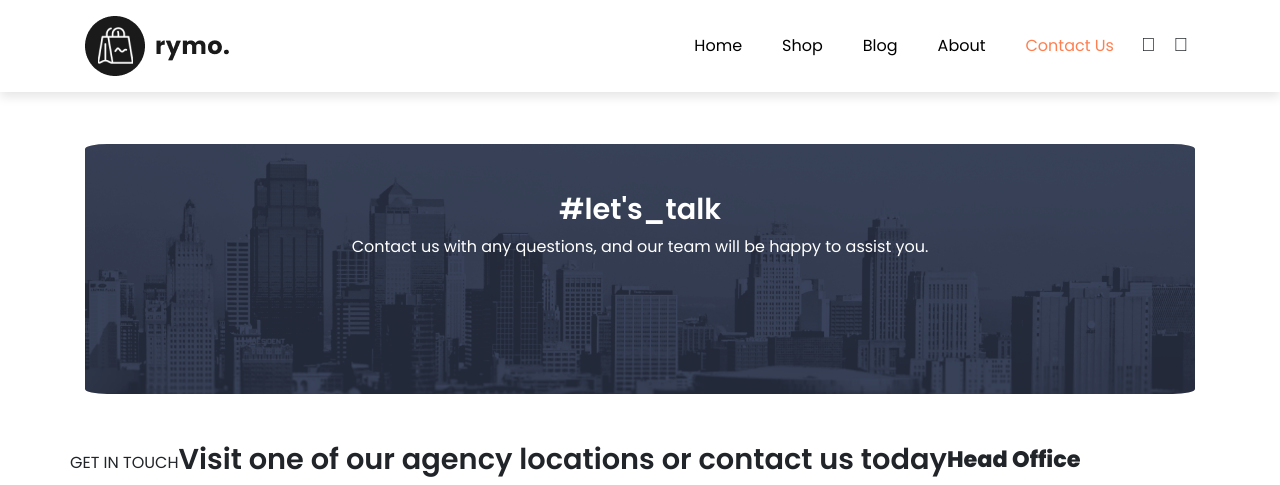
Repository: peter417waweru/e-commerce-UI
Page: contact.html
An editor plug-in stored every save of this project. The page is shown before and after the next save, followed by the edit.
The browser window is 1280 px wide. The pictures show the part of the page from y = 0 to 485 px (the page is 1448 px tall before and 1453 px after).
Pictures or frames that could not be fetched are drawn as grey boxes. Some web libraries are served in a nearby version.

Above is the page before, as saved 2025-02-09 22:49:15.
Console error: TypeError: Cannot set properties of undefined (setting 'onclick')

### contact.html
<!DOCTYPE html>
<html lang="en">
    <head>

        <meta charset="UTF-8">
        <meta http-equiv="X-UA-Compatible" content="IE=edge">
        <meta name="viewport" content="width=device-width, initial-scale=1.0">
        <title>Ecommerce Website1</title>

        <link rel="stylesheet" href="https://cdn.jsdelivr.net/npm/bootstrap@4.1.3/dist/css/bootstrap.min.css"
        integrity="sha384-MCw98/SFnGE8fJT3GXwEOngsV7Zt27NXFoaoApmYm81iuXoPkFOJwJ8ERdknLPMO" crossorigin="anonymous">

        <link rel="stylesheet" href="https://pro.fontawesome.com/releases/v5.10.0/css/all.css" />

        <link rel="stylesheet" href="./style.css">
        <link rel="stylesheet" href="./about.css">
    </head>

    <body>
        <nav class="navbar navbar-expand-lg navbar-light bg-white py-3 fixed-top">
            <div class="container">
              <img src="img/logo1.png" alt="">
              <button class="navbar-toggler" type="button" data-bs-toggle="collapse" data-bs-target="#navbarSupportedContent"
              aria-controls="navbarSupportedContent" aria-expanded="false" aria-label="Toggle navigation">
                <span><i id="bar" class="fas fa-bars"></i></span>
              </button>
              <div class="collapse navbar-collapse" id="navbarSupportedContent">
                <ul class="navbar-nav ml-auto">
                  <li class="nav-item">
                    <a class="nav-link " aria-current="page" href="#">Home</a>
                  </li>
                  <li class="nav-item">
                    <a class="nav-link" aria-current="page" href="shop.html">Shop</a>
                  </li>
                  <li class="nav-item">
                    <a class="nav-link" aria-current="page" href="#">Blog</a>
                  </li>
                  <li class="nav-item">
                    <a class="nav-link" aria-current="page" href="#">About</a>
                  </li>
                  <li class="nav-item">
                    <a class="nav-link active" aria-current="page" href="#">Contact Us</a>
                  </li>
                  <li class="nav-item">
                    <i class="fal fa-search"></i>
                    <i class="fal fa-shopping-bag"></i>
                  </li>


                </ul>

              </div>
            </div>
        </nav>

        <section id="page-header" class="container mt-5 pt-5">
           <div class="about-header">
            <h2 class="text-center mt-5 pt-5">#let's_talk</h2>
            <p class="text-center">Contact us with any questions, and our team will be happy to assist you.</p>
           </div>
        </section>

        <section id="contact-details" class="container mt-5">
            <div class="row d-flex align-items-center gap-4">
                <span>GET IN TOUCH</span><br>
                <h2>Visit one of our agency locations or contact us today</h2>
                <h3>Head Office</h3>
                <div class="col-lg-6 col-md-6 col-12">
                    <li>
                        <i class="fal fa-map"></i>
                        <p>Kiki.moto Collection Shop C59
                            Dubai Merchant Mall, Nairobi, Kenya</p>
                    </li>
                    <li>
                        <i class="fal fa-envelope"></i>
                        <p>support@kiki.moto.com</p>
                    </li>
                    <li>
                        <i class="fal fa-phone-alt"></i>
                        <p>+254 754 497441,  +254 703 416091</p>
                    </li>
                    <li>
                        <i class="fal fa-clock"></i>
                        <p>Open: Mon - Sat, 9:00 AM - 8:00 PM</p>
                    </li>
                </div>
                <div class="col-lg-6 col-md-6 col-12">
                    <iframe src="https://www.google.com/maps/embed?pb=!1m18!1m12!1m3!1d3988.
                    8308746660095!2d36.778592273500564!3d-1.2747547356105604!2m3!1f0!2f0!3f0!3m2!1i1024!2i768!4f13.1!3m3!1m2!1s0x182f1
                    9fd9b65c0ef%3A0xbac0db1b9cbf73e!2sArchives%20Tower%2C%20Nairobi!5e0!3m2!1ssw!2ske!4v1739129931160!5m2!1ssw!2ske" width="100%" height="350px" style="border:0;"
                     allowfullscreen="" loading="lazy" referrerpolicy="no-referrer-when-downgrade">
                    </iframe>
                </div>
            </div>
        </section>

        <section id="newsletter" class="container py-5">
            <div class="row align-items-center text-center text-lg-start">
                <div class="col-lg-6 col-md-12">
                    <h4 class="mt-2">Sign Up For Our Newsletter</h4>
                    <p>Get E-mail updates about our latest products and <span>special offers</span>.</p>
                </div>
                <div class="col-lg-6 col-md-12">
                    <form class="d-flex justify-content-center justify-content-lg-end">
                        <input type="email" class="form-control w-50 me-2" placeholder="Your Email Address">
                        <button class="btn btn-primary">Sign Up</button>
                    </form>
                </div>
            </div>
        </section>

        <footer class="mt-5">
            <div class="row container mx-auto pt-5">
              <div class="footer-one col-lg-3 col-md-6 col-12">
                <img src="img/logo2.png" alt="">
                <p class="pt-3">This is the best e-commerce website in the world.
                   We have the best products for you at the most fair prices ever!!.</p>
              </div>
              <div class="footer-one col-lg-3 col-md-6 col-12">
                <h4 class="pb-2">Featured</h4>
                <ul class="text-uppercase list-unstyled">
                  <li><a href="#">men</a></li>
                  <li><a href="#">women</a></li>
                  <li><a href="#">girls</a></li>
                  <li><a href="#">new arrivals</a></li>
                  <li><a href="#">shoes</a></li>
                  <li><a href="#">clothes</a></li>
                </ul>
              </div>
              <div class="footer-one col-lg-3 col-md-6 col-12 mb-3">
                <h4 class="pb-2">Contact Us</h4>
                <div>
                  <h6 class="text-uppercase">Address</h6>
                <p>891 LUTHULI STREET NAIROBI KENYA.</p>
                </div>
                <div>
                  <h6 class="text-uppercase">Phone</h6>
                <p>+254 722 123 456</p>
                </div>
                <div>
                  <h6 class="text-uppercase">Email</h6>
                <p>fastorderdelivery@gmail.com</p>
                </div>
              </div>
              <div class="footer-one col-lg-3 col-md-6 col-12 mb-3">
                <h4 class="pb-2">Instagram</h4>
                <div class="row">
                  <img class="img-fluid w-25 h-100 m-2" src="img/insta/1.jpg" alt="">
                  <img class="img-fluid w-25 h-100 m-2" src="img/insta/2.jpg" alt="">
                  <img class="img-fluid w-25 h-100 m-2" src="img/insta/3.jpg" alt="">
                  <img class="img-fluid w-25 h-100 m-2" src="img/insta/4.jpg" alt="">
                  <img class="img-fluid w-25 h-100 m-2" src="img/insta/5.jpg" alt="">
                </div>
              </div>
            </div>
            <div class="copyright mt-5">
              <div class="row container mx-auto">
                <div class="col-lg-3 col-md-6 col-12 mb-4">
                  <img class="img-fluid" src="img/payment.png" alt="">
                </div>
                <div class="col-lg-4 col-md-6 col-12 text-nowrap mb-2">
                  <p>© 2025 e-commerce website. All rights reserved.</p>
                </div>
                <div class="col-lg-4 col-md-6 col-12">
                  <a href="#"><i class="fab fa-facebook"></i></a>
                  <a href="#"><i class="fab fa-twitter"></i></a>
                  <a href="#"><i class="fab fa-linkedin"></i></a>
                </div>
              </div>
            </div>
        </footer>
    </body>

    <script src="https://cdn.jsdelivr.net/npm/@popperjs/core@2.9.1/dist/umd/popper.min.js"
        integrity="sha384-SR1sx49pcuLnqZUnnPwx6FCym0wLsk5JZuNx2bPPENzswTNFaQU1RDvt3wT4gWFG"
        crossorigin="anonymous">
    </script>
    <script src="https://cdn.jsdelivr.net/npm/bootstrap@5.0.0-beta3/dist/js/bootstrap.min.js"
        integrity="sha384-j0CNLUeiqtyaRmlzUHCPZ+Gy5fQu0dQ6eZ/xAww941Ai1SxSY+0EQqNXNE6DZiVc"
        crossorigin="anonymous">
    </script>
    <script src="scripts.js"></script>
</html>

### style.css
@import url("https://fonts.googleapis.com/css2?family=Poppins:wght@100;200;300;400;500;600;700;800;900&display=swap");
* {
  margin: 0;
  padding: 0;
  box-sizing: border-box;
}

body {
  font-family: "Poppins", sans-serif;
}

h1 {
  font-size: 2.5rem;
  font-weight: 700;
}

h2 {
  font-size: 1.8rem;
  font-weight: 600;
}

h3 {
  font-size: 1.4rem;
  font-weight: 800;
}

h4 {
  font-size: 1.1rem;
  font-weight: 600;
}

h5 {
  font-size: 1rem;
  font-weight: 400;
  color: #1d1d1d;
}

h6 {
  color: #d8d8d8;
}

hr {
  width: 30px;
  height: 2px;
  background-color: #fb774b;
}

.star {
  padding: 10px 0;
}

.star i{
  font-size: 0.8rem;
  color: goldenrod;
}

button {
  font-size: 0.8rem;
  font-weight: 700;
  outline: none;
  border: none;
  background-color: #1d1d1d;
  color: aliceblue;
  padding: 13px 30px;
  cursor: pointer;
  text-transform: uppercase;
  transition: 0.3s ease;
}

button:hover {
  background-color: #3a3833;
}

hr {
  width: 30px;
  height: 2px;

}

.navbar {
  font-size: 16px;
  background-color: #d8d8d8;
  top: 0;
  left: 0;
  box-shadow: 0 5px 10px rgba(0, 0, 0, 0.1);
}

.navbar-light .navbar-nav .nav-link{
  padding: 0 20px;
  color: black;
  transition: 0.3s ease;
}

.navbar-light .navbar-nav .nav-link:hover,
.navbar i:hover,
.navbar-light .navbar-nav .nav-link.active,
.navbar i.active
{
  color: coral;
}



.navbar i{
  font-size: 1.2rem;
  padding: 0 7px;
  cursor: pointer;
  transition: 0.3s ease;
}

/* Mobile Nav*/


.navbar-light .navbar-toggler{
  border: none;
  outline: none;
}

#bar {
  font-size: 1.5rem;
  padding: 7px;
  cursor: pointer;
  font-weight: 500;
  color: black;
  transition: 0.3s ease;
}

#bar:hover,
#bar.active{
  color: #fff;
}

@media only screen and (max-width: 990px) {

  body > nav > div > button:hover ,
  body > nav > div > button:focus {
    background-color: #fb774b;
  }

  body > nav > div > button:hover #bar,
  body > nav > div > button:focus #bar {
    background-color: #fb774b;
  }

  #navbarSupportedContent > ul {
    margin: 1rem;
    justify-content: flex-end;
    align-items: flex-end;
    text-align: right;
  }

  #navbarSupportedContent > ul > li:nth-child(n) > a {
    padding: 10px 0;
  }
}


#home {
  background-image: url("img/back.jpg");
  width: 100%;
  height: 100vh;
  background-size: cover;
  background-position: top 70px center;
  display: flex;
  flex-direction: column;
  align-items: flex-start;
  justify-content: center;

}

#home span{
  color: coral;
}

#new .one img{
  width: 100%;
  height: 100%;
  background-position: center center;
  background-repeat: no-repeat;
  background-size: cover;
  position: relative;
}


#new .row .one .details{
  position: absolute;
  width: 100%;
  height: 100%;
  top: 0;
  left: 0;
  transition: 0.3s ease;
}

#new .row .one:hover .details{
  cursor: pointer;
  background-color: rgba(255, 178, 178, 0.8);
}

#new .row .one .details button{
 display: inline-block;
 font-size: 14px;
 font-weight: 500;
 color: #2a2a2a;
 background: none;
 text-transform: uppercase;
 border-bottom: 1px solid #2a2a2a;
 padding: 1.5px;
 transform: translateY(70px);
 transition: 0.3s ease;
}

#new .row .one .details button:hover{
  cursor: pointer;
  color: #fff;
  border-bottom: 1px solid #fff;
}

#new .row .one:nth-child(1) .details{
  display: flex;
  justify-content: center;
  flex-direction: column;
  align-items: flex-start;
  text-align: start;
}

#new .row .one:nth-child(2) .details{
  display: flex;
  justify-content: center;
  flex-direction: column;
  align-items: center;
  text-align: center;
}

#new .row .one:nth-child(3) .details{
  display: flex;
  justify-content: center;
  flex-direction: column;
  align-items: flex-end;
  text-align: end;
}

/*Products*/

.product {
  cursor: pointer;
  margin-bottom: 2rem;
}

.product img{
  transition: 0.3s all;

}

.product img:hover{
  opacity: 0.7;
}

.product .buy-btn{
  background: #fb774b;
  transform: translateY(20px);
  opacity: 0;
  transition: 0.3s all;
}
.product:hover .buy-btn{
  transform: translateY(0px);
  opacity: 1;
}

#banner {
  background-image: url("img/banner/2.jpg");
  width: 100%;
  height: 60vh;
  background-size: cover;
  background-position: top 70px center;
  background-repeat: no-repeat;
  background-attachment: fixed;
  display: flex;
  flex-direction: column;
  align-items: flex-start;
  justify-content: center;
}

#banner h4{
  color: #D8D8D8;
}

#banner h1{
  color: #D8D8D8;
}

#banner button{
  background-color: #fb774b;
}

footer{
  background-color: #222222;
}

footer h4 {
  color: #D8D8D8;
  font-size: 1.2rem;
  font-weight: 700;
}

footer li {
  padding-bottom: 4px;
}

footer li a {
  font-size: 0.8rem;
  color: #999;
}

footer li a:hover {
  color: #D8D8D8;
}

footer p{
  color: #999;
  font-size: 0.8rem;
}

footer .copyright a{
  color: #000;
  width: 38px;
  height: 38px;
  background-color: #fff;
  display: inline-block;
  text-align: center;
  line-height: 38px;
  border-radius: 50%;
  transition: 0.3s ease;
  margin: 0 5px;

}

footer .copyright a:hover{
  color: #fff;
  background-color: #fb774b;
}

### about.css
#page-header .about-header{
    background-image: url("img/about/banner.png");
    background-position: center;
    background-size: cover;
    width: 100%;
    height: 250px;
    border-radius: 2%;
}

#page-header .about-header h2,
#page-header .about-header p{
    color: #fff;
}

#about-app .video{
    width: 70%;
    height: 100%;
    margin: 30px auto 0 auto;
}

#about-app .video video{
    width: 100%;
    height: 100%;
    border-radius: 20px;
}

#newsletter .row{
    background-image: url("img/banner/1.jpg");
}

#newsletter .row h4{
    color: #fff;
    font-weight: bold;
}

#newsletter .row p{
    color: #fff;
    font-weight: 200;
    font-size: 12px;
}

#newsletter .row p span{
    color: coral;
    font-weight: 250;
}

#newsletter .row p span:hover{
    cursor: pointer;
    color: #8d8d8d;
}

#newsletter .row button{
    background-color: coral;
}

#newsletter .row button:hover{
    background-color: #8d8d8d;

}

@media (max-width: 477px){
    #newsletter .row{
        margin: 0 auto 0 auto;
        padding-bottom: 20px;
    }
}

### scripts.js
var MainImg = document.getElementById('MainImg');
var SmallImg = document.getElementsByClassName('small-img');

SmallImg[0].onclick = function(){
    MainImg.src = SmallImg[0].src;
}
SmallImg[1].onclick = function(){
    MainImg.src = SmallImg[1].src;
}
SmallImg[2].onclick = function(){
    MainImg.src = SmallImg[2].src;
}
SmallImg[3].onclick = function(){
    MainImg.src = SmallImg[3].src;
}

After the next save:
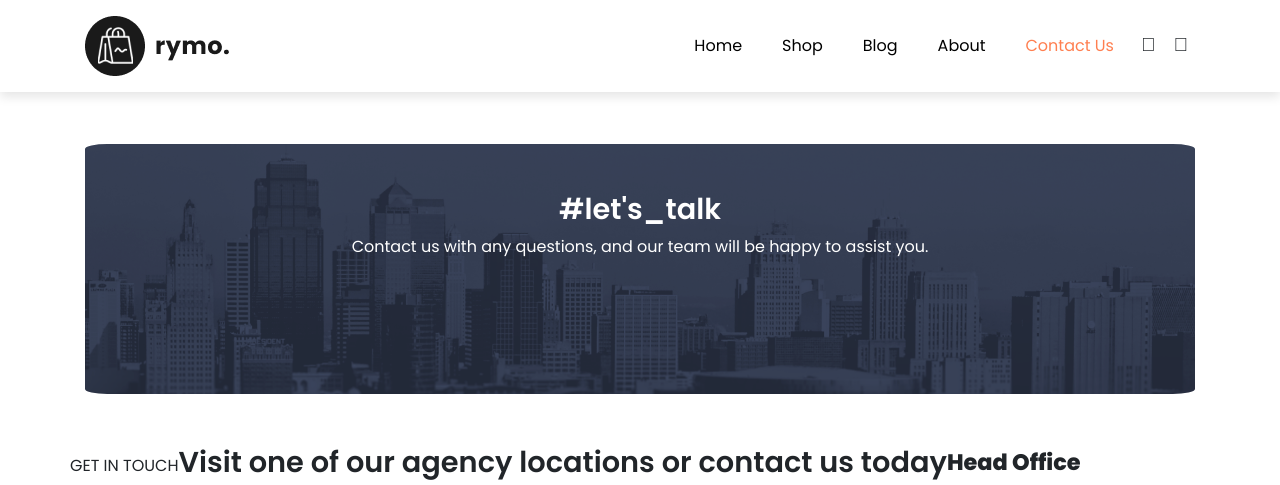
Saved 12 s later.
--- a/contact.html
+++ b/contact.html
@@ -62,7 +62,7 @@
 
         <section id="contact-details" class="container mt-5">
             <div class="row d-flex align-items-center gap-4">
-                <span>GET IN TOUCH</span><br>
+                <span>GET IN TOUCH</span><br><br>
                 <h2>Visit one of our agency locations or contact us today</h2>
                 <h3>Head Office</h3>
                 <div class="col-lg-6 col-md-6 col-12">
